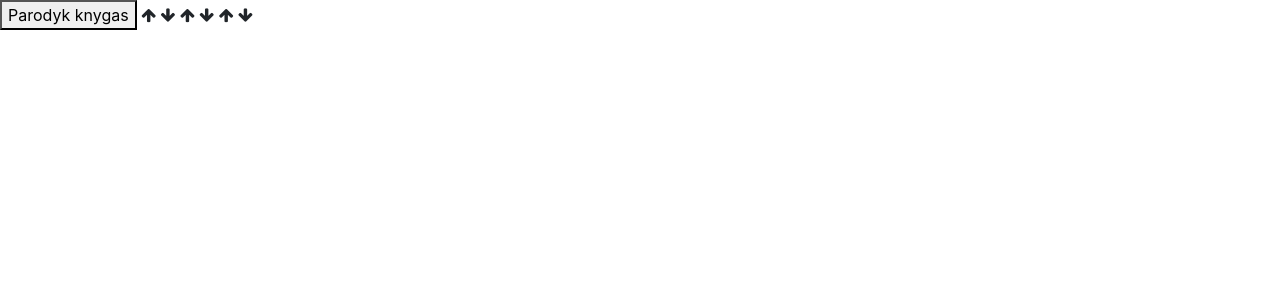
Repository: motiejus1/17-paskaita-PHP-05.31
Page: http://localhost/testavimas/ajax_uzklausa_jquery.php
These files come from the project's save history. The page is drawn as it stood at one moment and after the next save; the edit follows.
The browser window is 1280 px wide. The pictures show the whole page.
Some web libraries are served in a nearby version. The page is run by PHP 8.4 with error messages shown; the project is at /var/www/html/.

Above is the page before, as saved 2021-09-16 20:39:01.

After the next save:
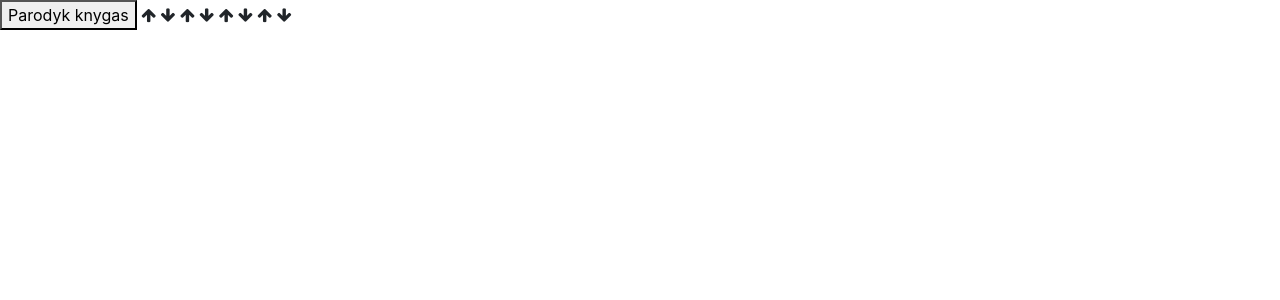
Saved 50 s later.
--- a/testavimas/ajax_uzklausa_jquery.php
+++ b/testavimas/ajax_uzklausa_jquery.php
@@ -26,6 +26,8 @@
     <i class="fa fa-arrow-up desc" id="desc-knygos-santrauka"></i>
     <i class="fa fa-arrow-down asc" id="asc-knygos-santrauka"></i>
 
+    <i class="fa fa-arrow-up desc" id="desc-knygos-santrauka"></i>
+    <i class="fa fa-arrow-down asc" id="asc-knygos-santrauka"></i>
 
 
 
